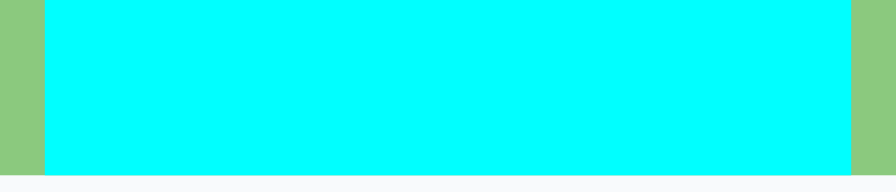
Repository: yamamotoryota1998/Bookreminder
Page: http://localhost/
These files come from the project's save history. The page is drawn as it stood at one moment and after the next save; the edit follows.
The browser window is 1280 px wide. The pictures show the part of the page from y = 909 to 2829 px (the page is 1183 px tall before and 10879 px after), at 70% of full size.
The page is served by the project's Laravel application, run on PHP 8.4 with Laravel 9. Style sheets and scripts are compiled from the project's sources, by tool versions that may differ from the author's.

Above is the page before, as saved 2023-04-07 12:09:47.

After the next save:
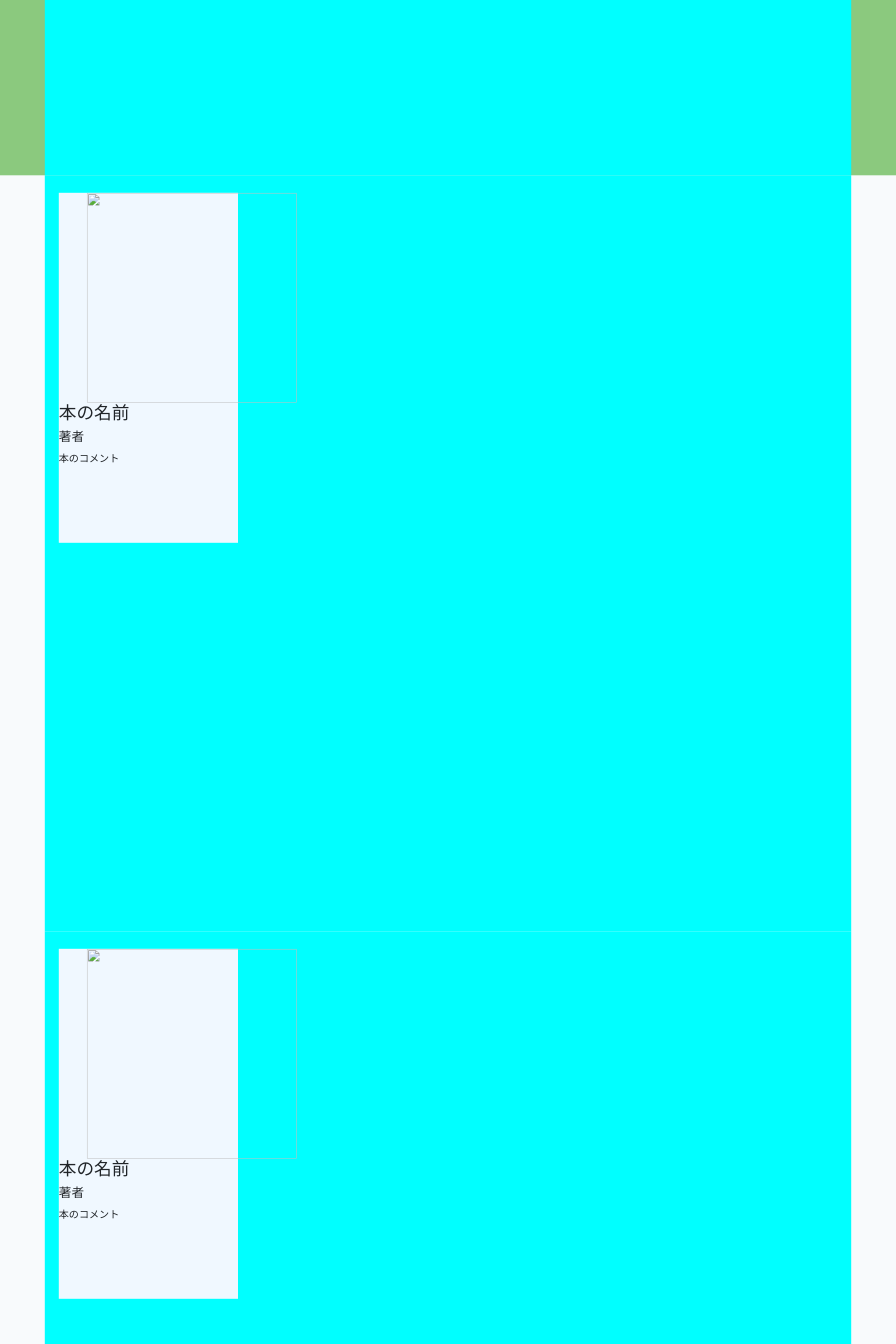
Saved 6 min 26 s later.
--- a/resources/views/home.blade.php
+++ b/resources/views/home.blade.php
@@ -2,15 +2,16 @@
 
 @section('content')
 <div class="wrapper-all" >
-    <div class=wrapper-contents>
-        @for ($counter = 0; $counter < 10; $counter++)
+@for ($counter = 0; $counter < 10; $counter++)
+    <div class="wrapper-contents">
         <div class="contents">
             <img src="sample.img" class="book-img">
             <h3 class="book-name">本の名前</h3>
             <h5 class="book-artist">著者</h5>
             <p class="book-comment">本のコメント</p>
         </div>
-        @endfor
+    </div>
+@endfor
     </div>
 
 
